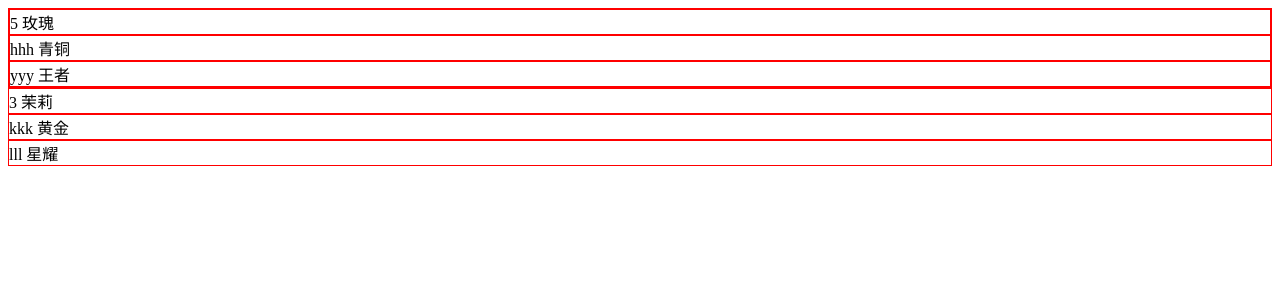
Repository: eheihaha2/whoisthespy-
Page: webDemo/WebContent/test3.html
The author's editor kept a copy of each file at every save. The page is drawn from the files as they stood at one save, then again after the next save.
The browser window is 1280 px wide. The pictures show the whole page.
The page's requests for data from a server got no answer.

Above is the page before, as saved 2020-02-22 10:21:51.

### webDemo/WebContent/test3.html
<!DOCTYPE html>
<html>
<head>
<meta charset="UTF-8">
<title>Insert title here</title>
<script type="text/javascript" src="js/jquery-1.11.0.min.js"></script>
<style type="text/css">
	div{
		border:1px solid red;
	}
</style>
</head>
<body>
	<div id = "main">
		<div class = "room">
			<span class="roomId">5</span>
			<span class="roomName">玫瑰</span>
		</div>
		<div class="userList">
			<span class="userName">hhh</span>
			<span class="userLeverl">青铜</span>
		</div>
		<div class="user">
			<span class="userName">yyy</span>
			<span class="userLevel">王者</span>
		</div>
	</div>
		<div class = "room">
			<span class="roomId">3</span>
			<span class="roomName">茉莉</span>
		</div>
		<div class="userList">
			<span class="userName">kkk</span>
			<span class="userLeverl">黄金</span>
		</div>
		<div class="user">
			<span class="userName">lll</span>
			<span class="userLevel">星耀</span>
		</div>
</body>
<script type="text/javascript">
    $.ajax({
      url:"RoomServlet",
      type:"POST",
      dataType:"json",
      /* success:function(data) {
    	  console.log(data);
 		//渲染界面
 		var roomDiv =$(".room").clone();
 		$.each(data,function(index,item){
 			console.log(item.roomName);
 			roomDiv.find(".roomName").text(item.roomName);
 			roomDiv.find("roomId").text(roomDiv.find(".roomId").text()+item.roomId);

 			$.each(item.userList,function(index,userItem){
 				console.log(userItem.name);
 				roomDiv.find(".userId").text(roomDiv.find(".userId").text()+userItem)
 				roomDiv.find(".userName").text(roomDiv,find(",userName")).text()+userItem
 			})
 			$("#main").append(roomDiv);
 		})
      } */
      success:function(data){
    	  for(var i=0;i<data.length;i++){
    		  $("body").append(Room(data[i].roomId,data[i].readyNum,data[i].maxNum,User(data[i].userList)))
    	  }
      }
     })
    </script>
</html>

Loaded but not shown: webDemo/WebContent/js/jquery-1.11.0.min.js (library)

After the next save:
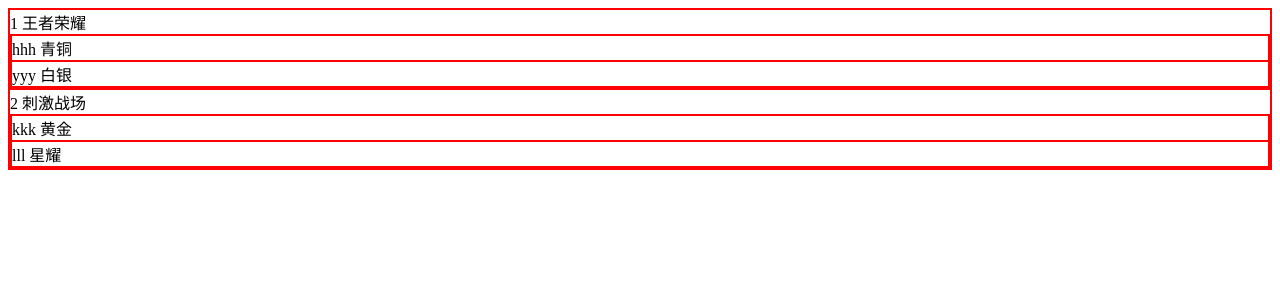
Saved 9 min 30 s later.
--- a/webDemo/WebContent/test3.html
+++ b/webDemo/WebContent/test3.html
@@ -13,30 +13,35 @@
 <body>
 	<div id = "main">
 		<div class = "room">
-			<span class="roomId">5</span>
-			<span class="roomName">玫瑰</span>
-		</div>
-		<div class="userList">
-			<span class="userName">hhh</span>
-			<span class="userLeverl">青铜</span>
-		</div>
-		<div class="user">
-			<span class="userName">yyy</span>
-			<span class="userLevel">王者</span>
+			<span class="roomId">1</span>
+			<span class="roomName">王者荣耀</span>
+			<div class="userList">
+				<div class="user">
+					<span class="userName">hhh</span>
+					<span class="userLeverl">青铜</span>
+				</div>
+				<div class="user">
+					<span class="userName">yyy</span>
+					<span class="userLevel">白银</span>
+				</div>
+			</div>
+	</div>
+
+		<div class = "room">
+			<span class="roomId">2</span>
+			<span class="roomName">刺激战场</span>
+			<div class="userList">
+				<div class="user">
+					<span class="userName">kkk</span>
+					<span class="userLeverl">黄金</span>
+				</div>
+				<div class="user">
+				<span class="userName">lll</span>
+				<span class="userLevel">星耀</span>
+				</div>
+			</div>
 		</div>
 	</div>
-		<div class = "room">
-			<span class="roomId">3</span>
-			<span class="roomName">茉莉</span>
-		</div>
-		<div class="userList">
-			<span class="userName">kkk</span>
-			<span class="userLeverl">黄金</span>
-		</div>
-		<div class="user">
-			<span class="userName">lll</span>
-			<span class="userLevel">星耀</span>
-		</div>
 </body>
 <script type="text/javascript">
     $.ajax({
